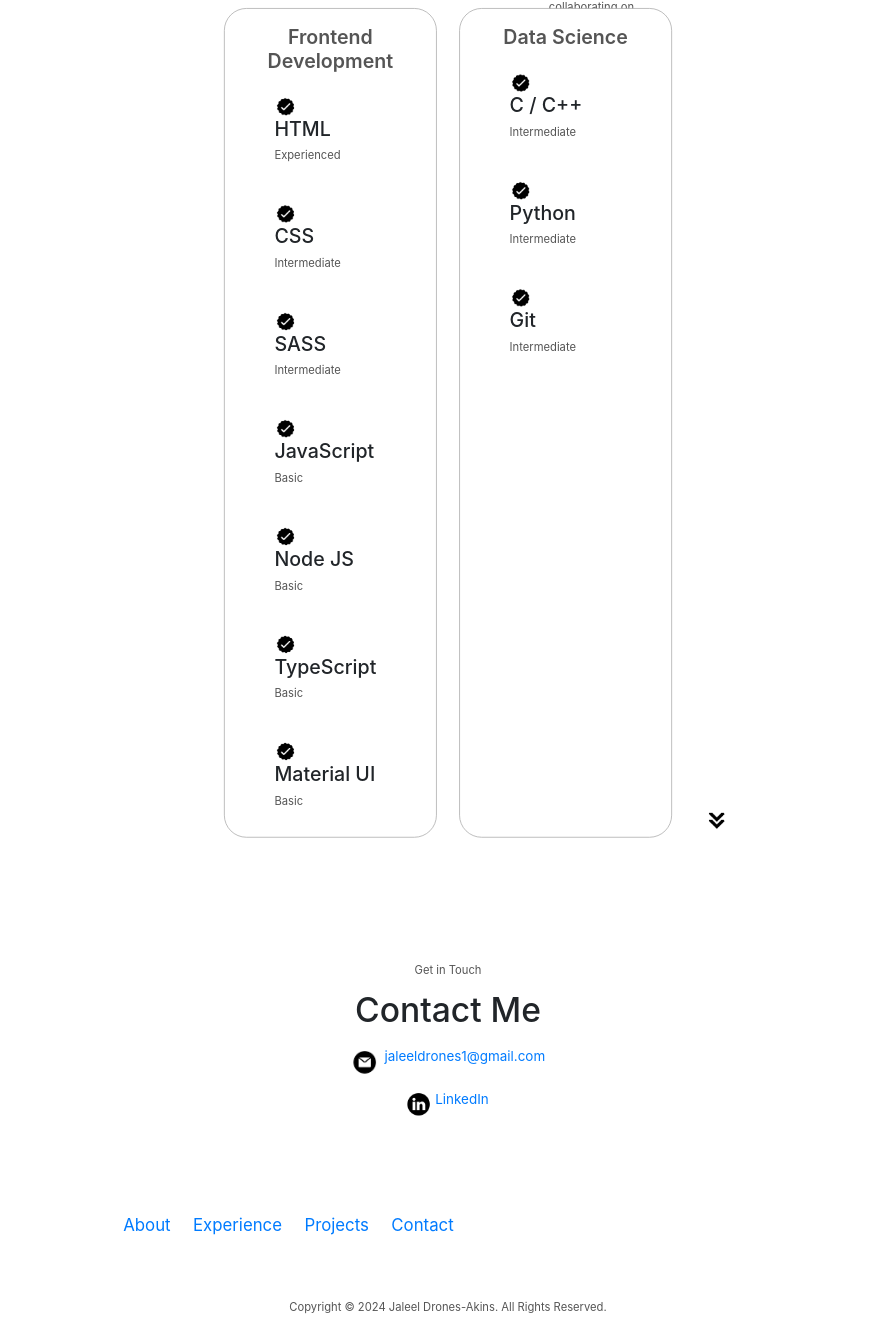
Repository: JaleelADA/Jaleel.tech
Page: index.html
These files come from the project's save history. The page is drawn as it stood at one moment and after the next save; the edit follows.
The browser window is 1280 px wide. The pictures show the part of the page from y = 4191 to 6111 px (the page is 6111 px tall), at 70% of full size.

Above is the page before, as saved 2024-10-22 20:52:18.

### index.html
<!DOCTYPE html>
<html lang="en">
  <head>
    <meta charset="UTF-8" />
    <meta http-equiv="X-UA-Compatible" content="IE=edge" />
    <meta name="viewport" content="width=device-width, initial-scale=1.0" />
    <title>My Portfolio</title>
    <link rel="stylesheet" href="style.css" />
    <link rel="stylesheet" href="mediaqueries.css" />
    <link
      rel="stylesheet"
      href="https://stackpath.bootstrapcdn.com/bootstrap/4.5.2/css/bootstrap.min.css"
    />
    <script src="https://code.jquery.com/jquery-3.5.1.slim.min.js"></script>
    <script src="https://cdn.jsdelivr.net/npm/@popperjs/core@2.9.2/dist/umd/popper.min.js"></script>
    <script src="https://stackpath.bootstrapcdn.com/bootstrap/4.5.2/js/bootstrap.min.js"></script>
    <!-- Other meta tags -->
    <meta property="og:title" content="Jaleel Drones" />
    <meta property="og:description" content="My Personal Portfolio." />
    <meta property="og:image" content="./assets/preview.png" />
    <meta property="og:url" content="https://jaleelada.github.io/Jaleel.tech/" />
    <meta property="og:type" content="website" />
  </head>
  <body>
    <nav id="desktop-nav">
      <div class="logo">Jaleel Drones</div>
      <div>
        <ul class="nav-links">
          <li><a href="#about">About</a></li>
          <li><a href="#experience">Experience</a></li>
          <li><a href="projects.html">Projects</a></li>
          <li><a href="#contact">Contact</a></li>
        </ul>
      </div>
    </nav>
    <nav id="hamburger-nav">
      <div class="logo">Jaleel Drones-Akins</div>
      <div class="hamburger-menu">
        <div class="hamburger-icon" onclick="toggleMenu()">
          <span></span>
          <span></span>
          <span></span>
        </div>
        <div class="menu-links">
          <li><a href="#about" onclick="toggleMenu()">About</a></li>
          <li><a href="#experience" onclick="toggleMenu()">Experience</a></li>
          <li><a href="projects.html" onclick="toggleMenu()">Projects</a></li>
          <li><a href="#contact" onclick="toggleMenu()">Contact</a></li>
        </div>
      </div>
    </nav>
    <section id="profile">
      <div class="section__pic-container">
        <img src="./assets/profile-pic.png" alt="Jaleel profile picture"/>
      </div>
      <div class="section__text">
        <p class="section__text__p1">Hello, I'm</p>
        <h1 class="title">Jaleel Drones</h1>
        <p class="section__text__p2">a Student Developer</p>
        <div class="btn-container">
          <button
            class="btn btn-color-2"
            onmouseover="this.textContent='Coming Soon';"
            onmouseleave="this.textContent='Download CV';"
          >
            Download CV
          </button>
          <button class="btn btn-color-1" onclick="location.href='./#contact'">
            Contact Info
          </button>
        </div>
        <div id="socials-container">
          <img
            src="./assets/linkedin.png"
            alt="My LinkedIn profile"
            class="icon"
            onclick="location.href='https://linkedin.com/in/jaleelda1'"
          />
          <img
            src="./assets/github.png"
            alt="My Github profile"
            class="icon"
            onclick="location.href='https://github.com/JaleelADA'"
          />
        </div>
      </div>
    </section>
    <section id="about">
      <p class="section__text__p1">Get To Know More</p>
      <h1 class="title">About Me</h1>
      <div class="section-container">
        <div class="section__pic-container">
          <img
            src="./assets/about-pic.png"
            alt="Profile picture"
            class="about-pic"
          />
        </div>
        <div class="about-details-container">
          <div class="about-containers">
            <div class="details-container">
              <img
                src="./assets/experience.png"
                alt="Experience icon"
                class="icon"
              />
              <h3>Experience</h3>
              <p>Data Analysis <br />Frontend-Development <br> Data Science </p>
            </div>
            <div class="details-container">
              <img
                src="./assets/education.png"
                alt="Education icon"
                class="icon"
              />
              <h3>Education</h3>
              <p>B.A. in Computer Science <br>University of Michigan<br> 2023 - 2027</p>
            </div>
          </div>
          <div class="text-container">
            <p>
              Hi, I’m Jaleel! I’m a computer science student with a passion for building tech solutions that make a real-world difference. Whether it's designing AI models to help with marine conservation or developing sleek, user-friendly web applications, I love taking on challenges and seeing projects come to life.
              I’ve had the opportunity to work with some amazing teams, learning from industry professionals and collaborating on everything from data science projects to software development.
            </p>
          </div>
        </div>
      </div>
      <img
        src="./assets/arrow.png"
        alt="Arrow icon"
        class="icon arrow"
        onclick="location.href='./#experience'"
      />
    </section>
    <section id="experience">
      <p class="section__text__p1">Explore My</p>
      <h1 class="title">Experience</h1>
      <div class="experience-details-container">
        <div class="about-containers">
          <div class="details-container">
            <h2 class="experience-sub-title">Frontend Development</h2>
            <div class="article-container">
              <article>
                <img
                  src="./assets/checkmark.png"
                  alt="Experience icon"
                  class="icon"
                />
                <div>
                  <h3>HTML</h3>
                  <p>Experienced</p>
                </div>
              </article>
              <article>
                <img
                  src="./assets/checkmark.png"
                  alt="Experience icon"
                  class="icon"
                />
                <div>
                  <h3>CSS</h3>
                  <p>Intermediate</p>
                </div>
              </article>
              <article>
                <img
                  src="./assets/checkmark.png"
                  alt="Experience icon"
                  class="icon"
                />
                <div>
                  <h3>SASS</h3>
                  <p>Intermediate</p>
                </div>
              </article>
              <article>
                <img
                  src="./assets/checkmark.png"
                  alt="Experience icon"
                  class="icon"
                />
                <div>
                  <h3>JavaScript</h3>
                  <p>Basic</p>
                </div>
              </article>
              <article>
                <img
                  src="./assets/checkmark.png"
                  alt="Experience icon"
                  class="icon"
                />
                <div>
                    <h3>Node JS</h3>
                    <p>Basic</p>
                  </div>
                </article>
                <article>
                  <img
                    src="./assets/checkmark.png"
                    alt="Experience icon"
                    class="icon"
                  />
                <div>
                  <h3>TypeScript</h3>
                  <p>Basic</p>
                </div>
              </article>
              <article>
                <img
                  src="./assets/checkmark.png"
                  alt="Experience icon"
                  class="icon"
                />
                <div>
                  <h3>Material UI</h3>
                  <p>Basic</p>
                </div>
              </article>
            </div>
          </div>

          <div class="details-container">
            <h2 class="experience-sub-title">Data Science</h2>
            <div class="article-container">
              <article>
                <img
                  src="./assets/checkmark.png"
                  alt="Experience icon"
                  class="icon"
                />
                <div>
                  <h3>C / C++</h3>
                  <p>Intermediate</p>
                </div>
              </article>
              <article>
                <img
                  src="./assets/checkmark.png"
                  alt="Experience icon"
                  class="icon"
                />
                <div>
                  <h3>Python</h3>
                  <p>Intermediate</p>
                </div>
              </article>
              <article>
                <img
                  src="./assets/checkmark.png"
                  alt="Experience icon"
                  class="icon"
                />
                <div>
                  <h3>Git</h3>
                  <p>Intermediate</p>
                </div>
              </article>
            </div>
          </div>
        </div>
      </div>
      <img
        src="./assets/arrow.png"
        alt="Arrow icon"
        class="icon arrow"
        onclick="location.href='./#contact'"
      />
    </section>
    <section id="contact">
      <p class="section__text__p1">Get in Touch</p>
      <h1 class="title">Contact Me</h1>
      <div class="contact-info<!DOCTYPE html>
<html lang="en">
  <head>
    <meta charset="UTF-8" />
    <meta http-equiv="X-UA-Compatible" content="IE=edge" />
    <meta name="viewport" content="width=device-width, initial-scale=1.0" />
    <title>My Portfolio</title>
    <link rel="stylesheet" href="style.css" />
    <link rel="stylesheet" href="mediaqueries.css" />
    <link
      rel="stylesheet"
      href="https://stackpath.bootstrapcdn.com/bootstrap/4.5.2/css/bootstrap.min.css"
    />
    <script src="https://code.jquery.com/jquery-3.5.1.slim.min.js"></script>
    <script src="https://cdn.jsdelivr.net/npm/@popperjs/core@2.9.2/dist/umd/popper.min.js"></script>
    <script src="https://stackpath.bootstrapcdn.com/bootstrap/4.5.2/js/bootstrap.min.js"></script>
    <!-- Other meta tags -->
    <meta property="og:title" content="Jaleel Drones" />
    <meta property="og:description" content="My Personal Portfolio." />
    <meta property="og:image" content="./assets/preview.png" />
    <meta property="og:url" content="https://jaleelada.github.io/Jaleel.tech/" />
    <meta property="og:type" content="website" />
  </head>
  <body>
    <nav id="desktop-nav">
      <div class="logo">Jaleel Drones</div>
      <div>
        <ul class="nav-links">
          <li><a href="#about">About</a></li>
          <li><a href="#experience">Experience</a></li>
          <li><a href="projects.html">Projects</a></li>
          <li><a href="#contact">Contact</a></li>
        </ul>
      </div>
    </nav>
    <nav id="hamburger-nav">
      <div class="logo">Jaleel Drones-Akins</div>
      <div class="hamburger-menu">
        <div class="hamburger-icon" onclick="toggleMenu()">
          <span></span>
          <span></span>
          <span></span>
        </div>
        <div class="menu-links">
          <li><a href="#about" onclick="toggleMenu()">About</a></li>
          <li><a href="#experience" onclick="toggleMenu()">Experience</a></li>
          <li><a href="projects.html" onclick="toggleMenu()">Projects</a></li>
          <li><a href="#contact" onclick="toggleMenu()">Contact</a></li>
        </div>
      </div>
    </nav>
    <section id="profile">
      <div class="section__pic-container">
        <img src="./assets/profile-pic.png" alt="Jaleel profile picture"/>
      </div>
      <div class="section__text">
        <p class="section__text__p1">Hello, I'm</p>
        <h1 class="title">Jaleel Drones</h1>
        <p class="section__text__p2">a Student Developer</p>
        <div class="btn-container">
          <button
            class="btn btn-color-2"
            onmouseover="this.textContent='Coming Soon';"
            onmouseleave="this.textContent='Download CV';"
          >
            Download CV
          </button>
          <button class="btn btn-color-1" onclick="location.href='./#contact'">
            Contact Info
          </button>
        </div>
        <div id="socials-container">
          <img
            src="./assets/linkedin.png"
            alt="My LinkedIn profile"
            class="icon"
            onclick="location.href='https://linkedin.com/in/jaleelda1'"
          />
          <img
            src="./assets/github.png"
            alt="My Github profile"
            class="icon"
            onclick="location.href='https://github.com/JaleelADA'"
          />
        </div>
      </div>
    </section>
    <section id="about">
      <p class="section__text__p1">Get To Know More</p>
      <h1 class="title">About Me</h1>
      <div class="section-container">
        <div class="section__pic-container">
          <img
            src="./assets/about-pic.png"
            alt="Profile picture"
            class="about-pic"
          />
        </div>
        <div class="about-details-container">
          <div class="about-containers">
            <div class="details-container">
              <img
                src="./assets/experience.png"
                alt="Experience icon"
                class="icon"
              />
              <h3>Experience</h3>
              <p>Data Analysis <br />Frontend-Development <br> Data Science </p>
            </div>
            <div class="details-container">
              <img
                src="./assets/education.png"
                alt="Education icon"
                class="icon"
              />
              <h3>Education</h3>
              <p>B.A. in Computer Science <br>University of Michigan<br> 2023 - 2027</p>
            </div>
          </div>
          <div class="text-container">
            <p>
              Hi, I’m Jaleel! I’m a computer science student with a passion for building tech solutions that make a real-world difference. Whether it's designing AI models to help with marine conservation or developing sleek, user-friendly web applications, I love taking on challenges and seeing projects come to life.
              I’ve had the opportunity to work with some amazing teams, learning from industry professionals and collaborating on everything from data science projects to software development.
            </p>
          </div>
        </div>
      </div>
      <img
        src="./assets/arrow.png"
        alt="Arrow icon"
        class="icon arrow"
        onclick="location.href='./#experience'"
      />
    </section>
    <section id="experience">
      <p class="section__text__p1">Explore My</p>
      <h1 class="title">Experience</h1>
      <div class="experience-details-container">
        <div class="about-containers">
          <div class="details-container">
            <h2 class="experience-sub-title">Frontend Development</h2>
            <div class="article-container">
              <article>
                <img
                  src="./assets/checkmark.png"
                  alt="Experience icon"
                  class="icon"
                />
                <div>
                  <h3>HTML</h3>
                  <p>Experienced</p>
                </div>
              </article>
              <article>
                <img
                  src="./assets/checkmark.png"
                  alt="Experience icon"
                  class="icon"
                />
                <div>
                  <h3>CSS</h3>
                  <p>Intermediate</p>
                </div>
              </article>
              <article>
                <img
                  src="./assets/checkmark.png"
                  alt="Experience icon"
                  class="icon"
                />
                <div>
                  <h3>SASS</h3>
                  <p>Intermediate</p>
                </div>
              </article>
              <article>
                <img
                  src="./assets/checkmark.png"
                  alt="Experience icon"
                  class="icon"
                />
                <div>
                  <h3>JavaScript</h3>
                  <p>Basic</p>
                </div>
              </article>
              <article>
                <img
                  src="./assets/checkmark.png"
                  alt="Experience icon"
                  class="icon"
                />
                <div>
                    <h3>Node JS</h3>
                    <p>Basic</p>
                  </div>
                </article>
                <article>
                  <img
                    src="./assets/checkmark.png"
                    alt="Experience icon"
                    class="icon"
                  />
                <div>
                  <h3>TypeScript</h3>
                  <p>Basic</p>
                </div>
              </article>
              <article>
                <img
                  src="./assets/checkmark.png"
                  alt="Experience icon"
                  class="icon"
                />
                <div>
                  <h3>Material UI</h3>
                  <p>Basic</p>
                </div>
              </article>
            </div>
          </div>

          <div class="details-container">
            <h2 class="experience-sub-title">Data Science</h2>
            <div class="article-container">
              <article>
                <img
                  src="./assets/checkmark.png"
                  alt="Experience icon"
                  class="icon"
                />
                <div>
                  <h3>C / C++</h3>
                  <p>Intermediate</p>
                </div>
              </article>
              <article>
                <img
                  src="./assets/checkmark.png"
                  alt="Experience icon"
                  class="icon"
                />
                <div>
                  <h3>Python</h3>
                  <p>Intermediate</p>
                </div>
              </article>
              <article>
                <img
                  src="./assets/checkmark.png"
                  alt="Experience icon"
                  class="icon"
                />
                <div>
                  <h3>Git</h3>
                  <p>Intermediate</p>
                </div>
              </article>
            </div>
          </div>
        </div>
      </div>
      <img
        src="./assets/arrow.png"
        alt="Arrow icon"
        class="icon arrow"
        onclick="location.href='./#contact'"
      />
    </section>
    <section id="contact">
      <p class="section__text__p1">Get in Touch</p>
      <h1 class="title">Contact Me</h1>
      <div class="contact-info
      <div class="contact-info-upper-container">
        <div class="contact-info-container">
          <img
            src="./assets/email.png"
            alt="Email icon"
            class="icon contact-icon email-icon"
          />
          <p><a href="mailto:jaleeldrones1@gmail.com">jaleeldrones1@gmail.com</a></p>
        </div>
        <div class="contact-info-container">
          <img
            src="./assets/linkedin.png"
            alt="LinkedIn icon"
            class="icon contact-icon"
          />
          <p><a href="https://www.linkedin.com/in/jaleelda1">LinkedIn</a></p>
        </div>
      </div>
    </section>
    <footer>
      <nav>
        <div class="nav-links-container">
          <ul class="nav-links">
            <li><a href="#about">About</a></li>
            <li><a href="#experience">Experience</a></li>
            <li><a href="#projects">Projects</a></li>
            <li><a href="#contact">Contact</a></li>
          </ul>
        </div>
      </nav>
      <p>Copyright &#169; 2024 Jaleel Drones-Akins. All Rights Reserved.</p>
    </footer>
    <script src="script.js"></script>
  </body>
</html>

### mediaqueries.css
@media screen and (max-width: 1400px) {
    #profile {
      height: 83vh;
      margin-bottom: 6rem;
    }
    .about-containers {
      flex-wrap: wrap;
    }
  }

  @media screen and (max-width: 1200px) {
    #desktop-nav {
      display: none;
    }
    #hamburger-nav {
      display: flex;
    }
    #experience,
    .experience-details-container {
      margin-top: 2rem;
    }
    #profile,
    .section-container {
      display: block;
    }
    .arrow {
      display: none;
    }
    section,
    .section-container {
      height: fit-content;
    }
    section {
      margin: 0 5%;
    }
    .section__pic-container {
      width: 275px;
      height: 275px;
      margin: 0 auto 2rem;
    }
    .about-containers {
      margin-top: 0;
    }
  }

  @media screen and (max-width: 600px) {
    #contact,
    footer {
      height: 40vh;
    }
    #profile {
      height: 83vh;
      margin-bottom: 0;
    }
    article {
      font-size: 1rem;
    }
    footer nav {
      height: fit-content;
      margin-bottom: 2rem;
    }
    .about-containers,
    .contact-info-upper-container,
    .btn-container {
      flex-wrap: wrap;
    }
    .contact-info-container {
      margin: 0;
    }
    .contact-info-container p,
    .nav-links li a {
      font-size: 1rem;
    }
    .experience-sub-title {
      font-size: 1.25rem;
    }
    .logo {
      font-size: 1.5rem;
    }
    .nav-links {
      flex-direction: column;
      gap: 0.5rem;
      text-align: center;
    }
    .section__pic-container {
      width: auto;
      height: 46vw;
      justify-content: center;
    }
    .section__text__p2 {
      font-size: 1.25rem;
    }
    .title {
      font-size: 2rem;
    }
    .text-container {
      text-align: justify;
    }
  }

Loaded but not shown: script.js (common file); style.css (464 lines, source omitted)

After the next save:
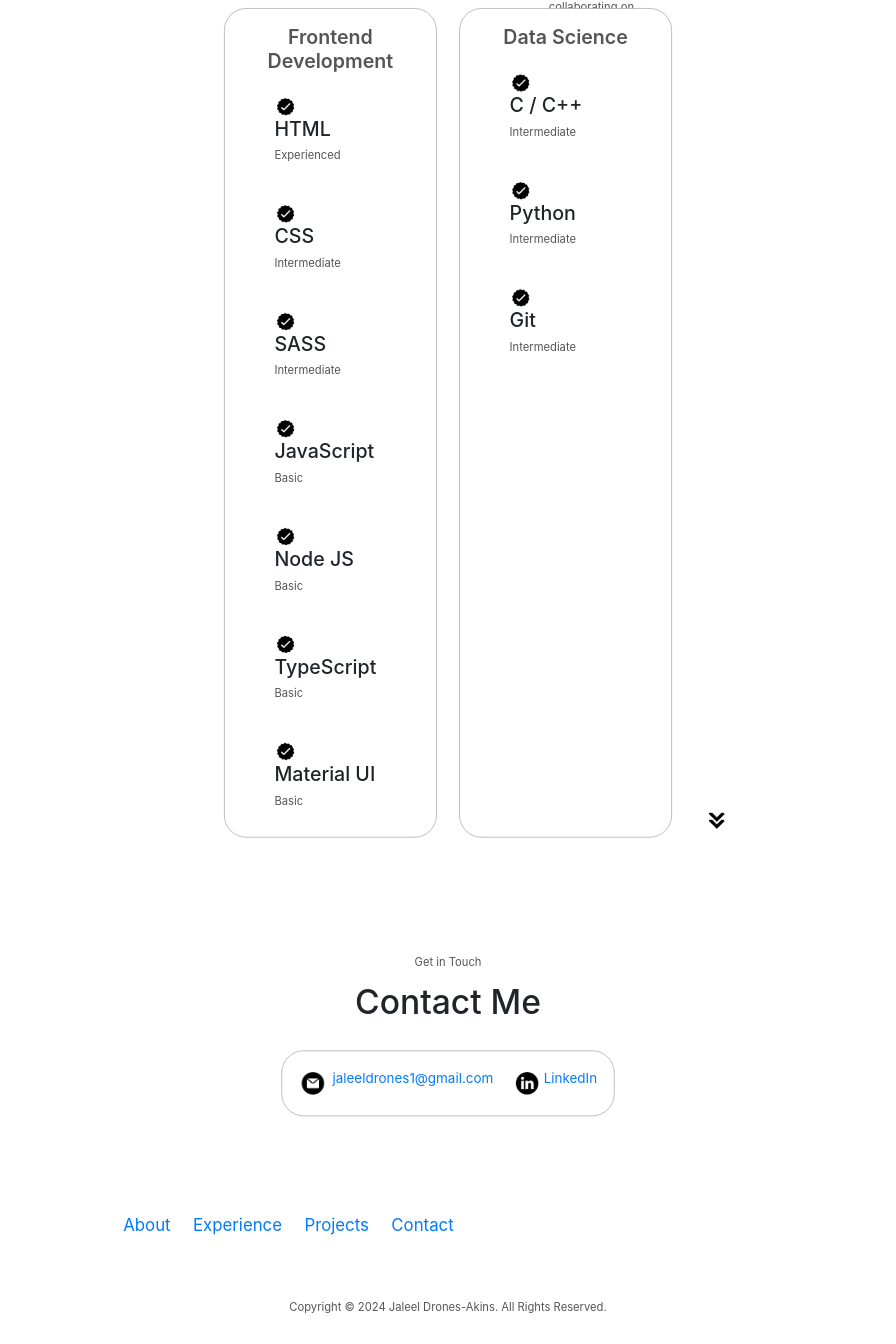
Saved 6 s later.
--- a/index.html
+++ b/index.html
@@ -542,7 +542,6 @@
     <section id="contact">
       <p class="section__text__p1">Get in Touch</p>
       <h1 class="title">Contact Me</h1>
-      <div class="contact-info
       <div class="contact-info-upper-container">
         <div class="contact-info-container">
           <img
